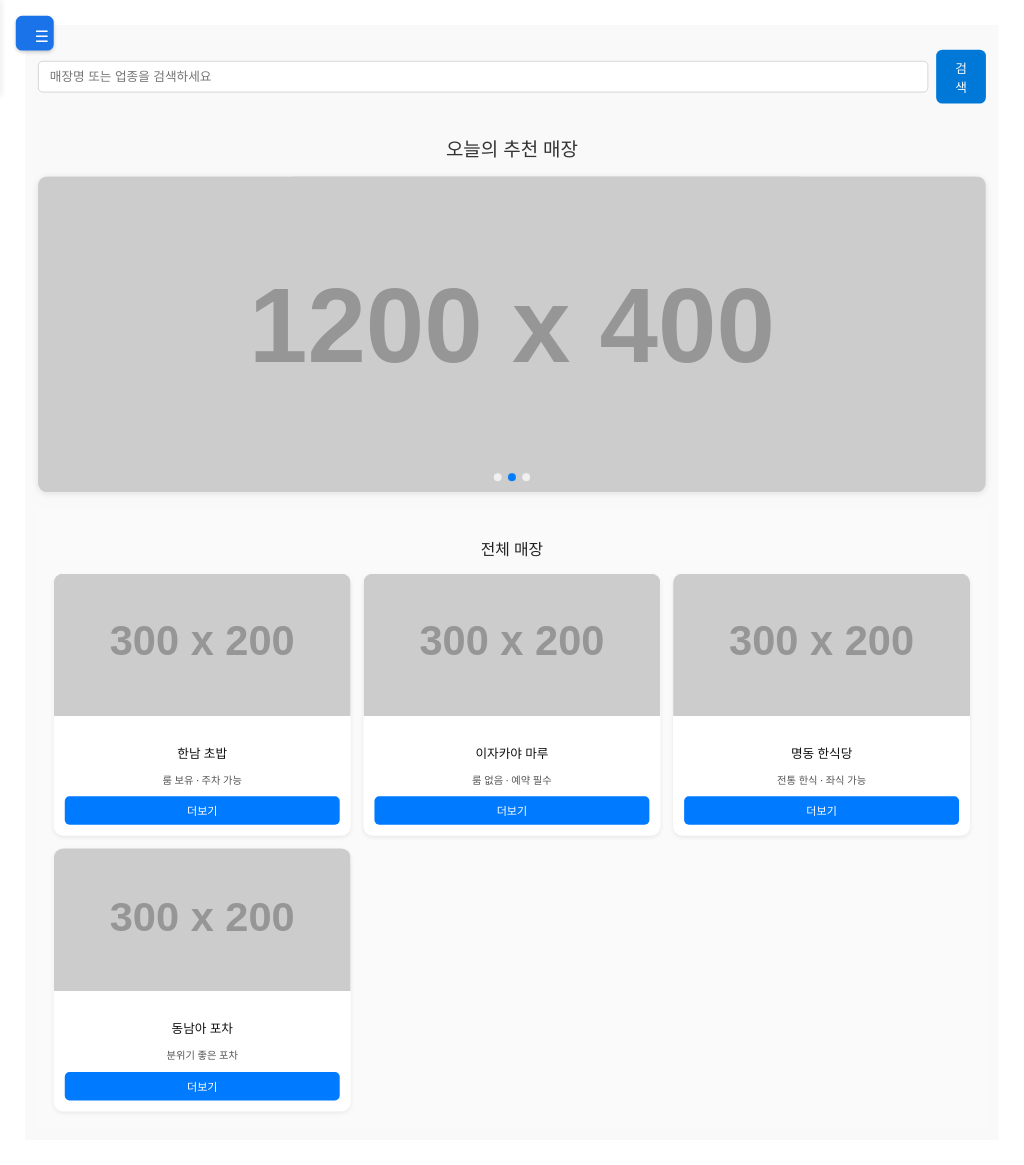
Repository: noiredex/Choplan-API
Page: / (app in choplan/frontend_main/)
An editor plug-in stored every save of this project. The page is shown before and after the next save, followed by the edit.
The browser window is 1024 px wide. The page is 1296 px wide, so the pictures cover 1296 px, including what lies to the right of the window. The pictures show the whole page, at 79% of full size.
The project was rebuilt for these pictures with package versions that can differ from the ones it lists, and the page was loaded fresh each time. Also part of the build but not shown: choplan/frontend_main/vite.config.js, choplan/frontend_main/vite.config.ts, choplan/frontend_main/src/styles/StoreDetailPage.css, choplan/frontend_main/src/pages/StoreDetailPage.jsx.

Above is the page before, as saved 2025-10-24 09:17:29.

### choplan/frontend_main/index.html
<!doctype html>
<html lang="en">
  <head>
    <meta charset="UTF-8" />
    <link rel="icon" type="image/svg+xml" href="/vite.svg" />
    <meta name="viewport" content="width=device-width, initial-scale=1.0" />
    <title>frontend_main</title>
  </head>
  <body>
    <div id="root"></div>
    <script type="module" src="/src/main.jsx"></script>
  </body>
</html>

### choplan/frontend_main/src/App.jsx
import { Routes, Route } from "react-router-dom";
import HomePage from "./pages/HomePage";
import StoreDetailPage from "./pages/StoreDetailPage";
import "./App.css";

export default function App() {
  return (
    <Routes>
      <Route path="/" element={<HomePage />} />
      <Route path="/store/:id" element={<StoreDetailPage />} />
    </Routes>
  );
}

### choplan/frontend_main/src/pages/Homepage.jsx
import React, { useState } from "react";
import Sidebar from "../components/common/Sidebar";
import SearchBar from "../components/home/SearchBar";
import BannerSlider from "../components/home/BannerSlider";
import RecommendedStores from "../components/home/RecommendedStores";
import "../styles/HomePage.css";

export default function HomePage() {
  const [selectedCategory, setSelectedCategory] = useState("전체");
  const [searchQuery, setSearchQuery] = useState("");

  return (
    <div className="home-container">
      {/* 사이드바 */}
      <Sidebar
        selectedCategory={selectedCategory}
        onSelectCategory={setSelectedCategory}
        searchQuery={searchQuery}
      />

      {/* 메인 콘텐츠 */}
      <div className="main-content">
        <SearchBar onSearch={setSearchQuery} />

        {/* 추천 배너 */}
        <section className="banner-section">
          <h2>오늘의 추천 매장</h2>
          <BannerSlider />
        </section>

        {/* 매장 목록 */}
        <section className="store-section">
          <RecommendedStores
            category={selectedCategory}
            searchQuery={searchQuery}
          />
        </section>
      </div>
    </div>
  );
}

### choplan/frontend_main/src/components/common/Sidebar.jsx
import React, { useState, useEffect } from "react";
import "../../styles/Sidebar.css";

export default function Sidebar({ selectedCategory, onSelectCategory, searchQuery }) {
  const [isOpen, setIsOpen] = useState(false);

  const categories = [
    "전체",
    "이자카야",
    "초밥",
    "한식",
    "양식",
    "중식",
    "동남아",
    "인도",
    "기타",
  ];

  // 검색어에 따라 자동 카테고리 선택
  useEffect(() => {
    if (searchQuery && searchQuery.trim() !== "") {
      const matched = categories.find((cat) => searchQuery.includes(cat));
      if (matched) onSelectCategory(matched);
    }
  }, [searchQuery]);

  return (
    <>
      {/* 햄버거 버튼 (항상 노출) */}
      <button
        className="sidebar-toggle"
        onClick={() => setIsOpen(!isOpen)}
        aria-label="메뉴 열기"
      >
        ☰
      </button>

      {/* 오버레이 (열릴 때만) */}
      {isOpen && <div className="overlay" onClick={() => setIsOpen(false)}></div>}

      {/* 세로형 사이드바 */}
      <aside className={`sidebar ${isOpen ? "open" : ""}`}>
        <ul className="sidebar-list">
          {categories.map((category, index) => (
            <li
              key={index}
              className={selectedCategory === category ? "active" : ""}
              onClick={() => {
                onSelectCategory(category);
                setIsOpen(false);
              }}
            >
              {category}
            </li>
          ))}
        </ul>
      </aside>
    </>
  );
}

### choplan/frontend_main/src/components/home/SearchBar.jsx
import React, { useState } from "react";
import "../../styles/SearchBar.css";

export default function SearchBar({ onSearch }) {
  const [query, setQuery] = useState("");

  const handleInputChange = (e) => {
    setQuery(e.target.value);
  };

  const handleSearch = (e) => {
    e.preventDefault();
    onSearch(query);
  };

  return (
    <form className="search-bar" onSubmit={handleSearch}>
      <input
        type="text"
        placeholder="매장명 또는 업종을 검색하세요"
        value={query}
        onChange={handleInputChange}
      />
      <button type="submit">검색</button>
    </form>
  );
}

### choplan/frontend_main/src/components/home/BannerSlider.jsx
import React from "react";
import { Swiper, SwiperSlide } from "swiper/react";
import { Autoplay, Pagination } from "swiper/modules";
import "swiper/css";
import "swiper/css/pagination";
import "../../styles/BannerSlider.css";

export default function BannerSlider() {
  const banners = [
    {
      id: 1,
      img: "https://placehold.co/1200x400/007bff/ffffff?text=오늘의+추천매장+1",
      alt: "추천 매장 1",
    },
    {
      id: 2,
      img: "https://placehold.co/1200x400/f07b00/ffffff?text=오늘의+추천매장+2",
      alt: "추천 매장 2",
    },
    {
      id: 3,
      img: "https://placehold.co/1200x400/008c4a/ffffff?text=오늘의+추천매장+3",
      alt: "추천 매장 3",
    },
  ];

  return (
    <div className="banner-slider-container">
      <Swiper
        modules={[Autoplay, Pagination]}
        pagination={{ clickable: true }}
        autoplay={{ delay: 4000, disableOnInteraction: false }}
        loop={true}
        spaceBetween={0}
        slidesPerView={1}
        className="banner-swiper"
      >
        {banners.map((banner) => (
          <SwiperSlide key={banner.id}>
            <img
              src={banner.img}
              alt={banner.alt}
              className="banner-image"
            />
          </SwiperSlide>
        ))}
      </Swiper>
    </div>
  );
}

### choplan/frontend_main/src/components/home/RecommendedStores.jsx
import React, { useEffect, useState } from "react";
import { useNavigate } from "react-router-dom";
import "../../styles/RecommendedStores.css";

export default function RecommendedStores({ category, searchQuery }) {
  const [stores, setStores] = useState([]);
  const navigate = useNavigate(); // 페이지 이동 훅

  // 예시 데이터 (실제 API 연결 시 이 부분 대체)
  const allStores = [
    { id: 1, name: "한남 초밥", category: "초밥", desc: "룸 보유 · 주차 가능", img: "https://placehold.co/300x200" },
    { id: 2, name: "이자카야 마루", category: "이자카야", desc: "룸 없음 · 예약 필수", img: "https://placehold.co/300x200" },
    { id: 3, name: "명동 한식당", category: "한식", desc: "전통 한식 · 좌식 가능", img: "https://placehold.co/300x200" },
    { id: 4, name: "동남아 포차", category: "동남아", desc: "분위기 좋은 포차", img: "https://placehold.co/300x200" },
  ];

  useEffect(() => {
    let filtered = allStores;

    // 검색어 반영
    if (searchQuery) {
      filtered = filtered.filter((store) =>
        store.name.toLowerCase().includes(searchQuery.toLowerCase())
      );
    }

    // 카테고리 반영
    if (category && category !== "전체") {
      filtered = filtered.filter((store) => store.category === category);
    }

    setStores(filtered);
  }, [category, searchQuery]);

  return (
    <div className="recommended-stores">
      <h2>{category ? category : "전체"} 매장</h2>

      <div className="store-grid">
        {stores.length > 0 ? (
          stores.map((store) => (
            <div className="store-card" key={store.id}>
              <img src={store.img} alt={store.name} />
              <div className="store-info">
                <h3>{store.name}</h3>
                <p>{store.desc}</p>
                <button onClick={() => navigate(`/store/${store.id}`)}>더보기</button>
              {/* 더보기 클릭시 /store/매장id 페이지로 이동 */}
              </div>
            </div>
          ))
        ) : (
          <p className="no-results">검색 결과가 없습니다.</p>
        )}
      </div>
    </div>
  );
}

### choplan/frontend_main/src/styles/HomePage.css
/* ===== 기본 구조 ===== */
.home-container {
  display: flex;
  flex-direction: row; /* Sidebar + Main Content 가 가로로 배치 */
  align-items: stretch;
  justify-content: flex-start;
  width: 100%;
  min-height: 100vh;
  background-color: #f9f9f9;
  overflow: hidden;
  box-sizing: border-box;
}

/* ===== 사이드바 ===== */
.sidebar {
  width: 250px;
  min-width: 200px;
  max-width: 280px;
  background-color: #ffffff;
  border-right: 1px solid #ddd;
  overflow-y: auto;
  transition: all 0.3s ease;
}

.sidebar-list {
  list-style: none;
  margin: 0;
  padding: 0;
}

.sidebar-list li {
  padding: 14px 18px;
  border-bottom: 1px solid #eee;
  cursor: pointer;
  transition: background 0.2s;
}

.sidebar-list li:hover,
.sidebar-list li.active {
  background-color: #f0f0f0;
}

/* ===== 메인 콘텐츠 ===== */
.main-content {
  flex: 1;
  display: flex;
  flex-direction: column;
  justify-content: flex-start;
  align-items: stretch;
  padding: 24px 40px;
  overflow-y: auto;
  background-color: #f9f9f9;
  transition: all 0.3s ease;
}

.search-bar {
  margin-bottom: 20px;
}

.search-bar input {
  width: 100%;
  padding: 10px 14px;
  border: 1px solid #ccc;
  border-radius: 6px;
  font-size: 16px;
}

/* ===== 베너 섹션 ===== */
.benner-section {
  text-align: center;
  margin-top: 20px;
  margin-bottom: 30px;
  display: flex;
  flex-direction: column;
  align-items: center;
}

.banner-section h2 {
  font-size: 24px;
  font-weight: 700;
  color: #333;
  margin-bottom: 16px;
}

.banner-section .swiper-container {
  width: 100%;
  max-width: 1200px;
  aspect-ratio: 16 / 9;
  border-radius: 12px;
  overflow: hidden;
  object-fit: cover;
  height: auto !important;
  flex-shrink: 0;
}

.banner-section .swiper-slide img {
  width: 100%;
  height: 100%;
  object-fit: cover;
  display: block;
}

/* ===== 추천 매장 섹션 ===== */
.store-section {
  width: 100%;
  margin-top: 20px;
  flex-grow: 1;
}

/* 반응형 대응 */

/* ===== PC / 데스크탑 (>=1025px) ===== */
@media (min-width: 1025px) {
  .home-container {
    flex-direction: row;
  }

  .main-content {
    padding: 24px 40px;
  }

  .banner-section h2 {
  font-size: 24px;
  }

  .benner-section .swiper-container {
    aspect-ratio: 16 / 9;
    border-radius: 12px;
    }
  }

/* ===== 태블릿 (<=1024px) ===== */
@media (max-width: 1024px) {
  .home-container {
    flex-direction: column;
  }

  .sidebar {
    width: 100%;
    height: auto;
    border-right: none;
    border-bottom: 1px solid #ddd;
  }

  .sidebar-list {
    display: flex;
    flex-wrap: nowrap;
    overflow-x: auto;
  }

  .sidebar-list li {
    flex: 0 0 auto;
    border-bottom: none;
    border-right: 1px solid #eee;
    white-space: nowrap;
  }

  .main-content {
    padding: 16px;
  }
}

/* ===== 모바일 (<=600px) ===== */
@media (max-width: 600px) {
  .home-container {
    flex-direction: column;
  }

  .banner-section h2 {
    font-size: 18px;
  }

  .sidebar-list li {
    font-size: 14px;
    padding: 10px 12px;
  }

  .main-content {
    padding: 10px;
  }

  .search-bar input {
    width: 100%;
    font-size: 14px;
  }
}

### choplan/frontend_main/src/styles/Sidebar.css
/* ===== 사이드바 세로형 기본 ===== */
.sidebar {
  position: fixed;
  top: 0;
  left: 0;
  width: 230px;
  height: 100vh;
  background: #fff;
  transform: translateX(-100%);
  transition: transform 0.3s ease-in-out;
  z-index: 2000;
  box-shadow: 2px 0 8px rgba(0, 0, 0, 0.08);
  display: flex;
  flex-direction: column;
  padding-top: 70px;
}

.sidebar.open {
  transform: translateX(0);
}

/* ===== 카테고리 목록 ===== */
.sidebar-list {
  list-style: none;
  margin: 0;
  padding: 0;
  overflow-y: auto;
  flex: 1;
}

.sidebar-list li {
  padding: 15px 18px;
  cursor: pointer;
  border-bottom: 1px solid #f2f2f2;
  font-size: 16px;
  transition: background-color 0.2s;
}

.sidebar-list li:hover {
  background: #f5f5f5;
}

.sidebar-list li.active {
  background: #1a73e8;
  color: #fff;
  font-weight: 600;
}

/* ===== 햄버거 버튼 (항상 노출) ===== */
.sidebar-toggle {
  position: fixed;
  top: 20px;
  left: 20px;
  background: #1a73e8;
  color: #fff;
  border: none;
  border-radius: 8px;
  width: 44px;
  height: 44px;
  font-size: 20px;
  cursor: pointer;
  z-index: 2100;
  box-shadow: 0 2px 5px rgba(0, 0, 0, 0.2);
}

/* ===== 어두운 배경 (overlay) ===== */
.overlay {
  position: fixed;
  top: 0;
  left: 0;
  width: 100vw;
  height: 100vh;
  background: rgba(0, 0, 0, 0.3);
  z-index: 1500;
}

/* ===== PC도 동일한 구조 ===== */
@media (min-width: 1025px) {
  .sidebar {
    position: fixed;
    transform: translateX(-100%);
  }

  .sidebar.open {
    transform: translateX(0);
  }

  .sidebar-toggle {
    display: block;
  }

  .overlay {
    display: block;
  }
}

/* ===== 반응형 (모바일) ===== */
@media (max-width: 1024px) {
  .sidebar {
    position: fixed;
    height: 100vh;
  }

  .sidebar-list li {
    font-size: 15px;
  }
}

### choplan/frontend_main/src/styles/SearchBar.css
.search-bar {
  display: flex;
  justify-content: center;
  align-items: center;
  margin: 15px 0 25px 0;
  gap: 10px;
}

.search-bar input {
  width: 70%;
  padding: 10px 14px;
  border: 1px solid #ccc;
  border-radius: 8px;
  font-size: 1rem;
}

.search-bar button {
  background-color: #0078d7;
  color: white;
  border: none;
  padding: 10px 18px;
  border-radius: 8px;
  cursor: pointer;
  transition: background 0.2s ease;
}

.search-bar button:hover {
  background-color: #005fa3;
}

### choplan/frontend_main/src/styles/BannerSlider.css
.banner-slider-container {
  width: 100%;
  max-width: 1200px;
  margin: 0 auto;
  border-radius: 12px;
  overflow: hidden;
  position: relative;
  box-shadow: 0 2px 8px rgba(0, 0, 0, 0.1);
}

.banner-swiper {
  width: 100%;
  height: auto;
}

.banner-image {
  width: 100%;
  height: 400px;
  object-fit: cover;
  display: block;
}

/* 슬라이드 하단 점(Pagination) 스타일 */
.swiper-pagination-bullet {
  background: rgba(255, 255, 255, 0.7);
  opacity: 1;
  width: 10px;
  height: 10px;
  margin: 0 4px !important;
}

.swiper-pagination-bullet-active {
  background: #007bff;
}

/* 반응형 */
@media (max-width: 1024px) {
  .banner-image {
    height: 300px;
  }
}

@media (max-width: 768px) {
  .banner-image {
    height: 240px;
    border-radius: 0;
  }

  .banner-slider-container {
    border-radius: 0;
    box-shadow: none;
  }
}

@media (max-width: 480px) {
  .banner-image {
    height: 200px;
  }
}

### choplan/frontend_main/src/styles/RecommendedStores.css
.recommended-stores {
  padding: 20px;
  background: #fafafa;
}

.recommended-stores h2 {
  font-size: 20px;
  margin-bottom: 16px;
  font-weight: 600;
  color: #222;
}

/* ===== 매장 카드 ===== */
.store-grid {
  display: grid;
  grid-template-columns: repeat(auto-fit, minmax(280px, 1fr));
  gap: 16px;
}

.store-card {
  background: white;
  border-radius: 12px;
  overflow: hidden;
  box-shadow: 0 2px 6px rgba(0, 0, 0, 0.08);
  transition: transform 0.2s ease;
}

.store-card:hover {
  transform: translateY(-3px);
}

.store-card img {
  width: 100%;
  height: 180px;
  object-fit: cover;
}

.store-info {
  padding: 14px;
}

.store-info h3 {
  font-size: 16px;
  margin-bottom: 6px;
  color: #111;
}

.store-info p {
  font-size: 13px;
  color: #555;
  margin-bottom: 10px;
}

.store-info button {
  width: 100%;
  padding: 8px 0;
  border: none;
  background-color: #007bff;
  color: white;
  font-size: 14px;
  border-radius: 6px;
  cursor: pointer;
  transition: background-color 0.2s ease;
}

.store-info button:hover {
  background-color: #0056b3;
}

/* ====== 반응형 ====== */
@media (max-width: 768px) {
  .recommended-stores {
    padding: 16px;
  }

  .store-grid {
    grid-template-columns: 1fr;
  }

  .store-card img {
    height: 160px;
  }

  .store-info button {
    font-size: 13px;
  }
}

Loaded but not shown: choplan/frontend_main/src/main.jsx (common file); choplan/frontend_main/src/index.css (common file); choplan/frontend_main/src/App.css (common file)

After the next save:
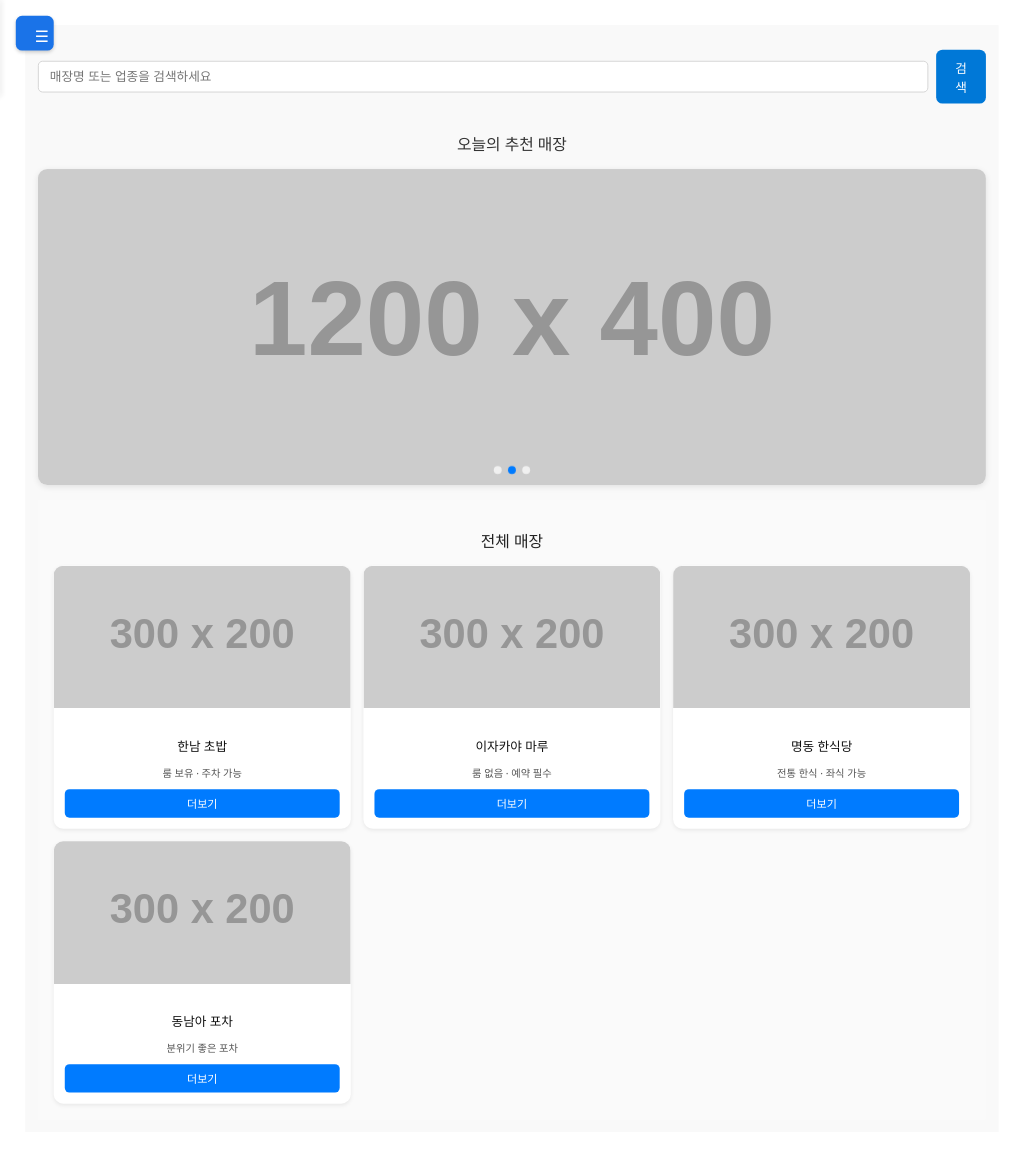
Saved 77 s later.
--- a/choplan/frontend_main/src/styles/HomePage.css
+++ b/choplan/frontend_main/src/styles/HomePage.css
@@ -158,6 +158,10 @@
   .main-content {
     padding: 16px;
   }
+
+  .banner-section h2 {
+    font-size: 20px;
+  }
 }
 
 /* ===== 모바일 (<=600px) ===== */
